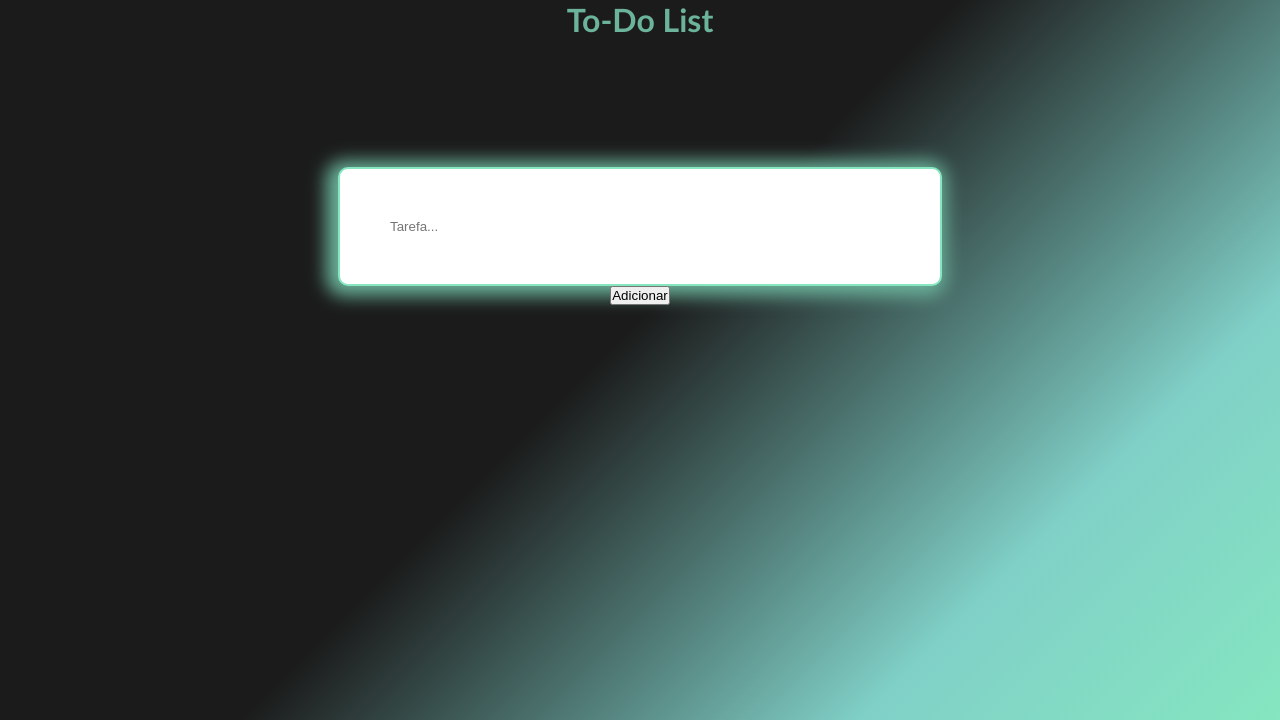
Repository: PetersonAntonyDev/python-flask-
Page: index.html
The author's editor kept a copy of each file at every save. The page is drawn from the files as they stood at one save, then again after the next save.
The browser window is 1280 px wide. The pictures show the whole page.

Above is the page before, as saved 2022-07-26 10:34:24.

### index.html
<!DOCTYPE html>
<html lang="en">
<head>
    <meta charset="UTF-8">
    <meta http-equiv="X-UA-Compatible" content="IE=edge">
    <meta name="viewport" content="width=device-width, initial-scale=1.0">
    <link rel="stylesheet" href="/style.css">
    <title>To-Do LIst</title>
</head>
<body>
    <header>
        <h1>To-Do List</h1>
    </header>
    <main>
        <form action="" method="post">
            <input class="task" type="text" name="task" id="task" placeholder="Tarefa...">
            <button>Adicionar</button>
        </form>
    </main>
</body>
</html>

### style.css
* {
    margin: 0;
    padding: 0;
}

body {
    display: flex;
    align-items: center;
    flex-direction: column;
    width: 100%;
    min-height: 100vh;
    max-height: 100%;
    background-color: #1b1b1b;
    background-image: linear-gradient(135deg, #1b1b1b 48%, #80D0C7 79%, #85e6c0 100%);
}

header {
    margin-bottom: 10%;
    font-family: 'Gill Sans', 'Gill Sans MT', Calibri, 'Trebuchet MS', sans-serif;
    font-size: 1rem;
    color: #6bb39b;
}

form {
    display: flex;
    justify-content: center;
    align-items: center;
    flex-direction: column;
}

.task {
    width: 500px;
    border-radius: 10px;
    border: #85e6c0 2px solid;
    padding: 50px;
    -webkit-box-shadow: -4px 2px 18px 8px rgba(107, 179, 155, 1);
    -moz-box-shadow: -4px 2px 18px 8px rgba(107, 179, 155, 1);
    box-shadow: -4px 2px 18px 8px rgba(107, 179, 155, 1);
}

After the next save:
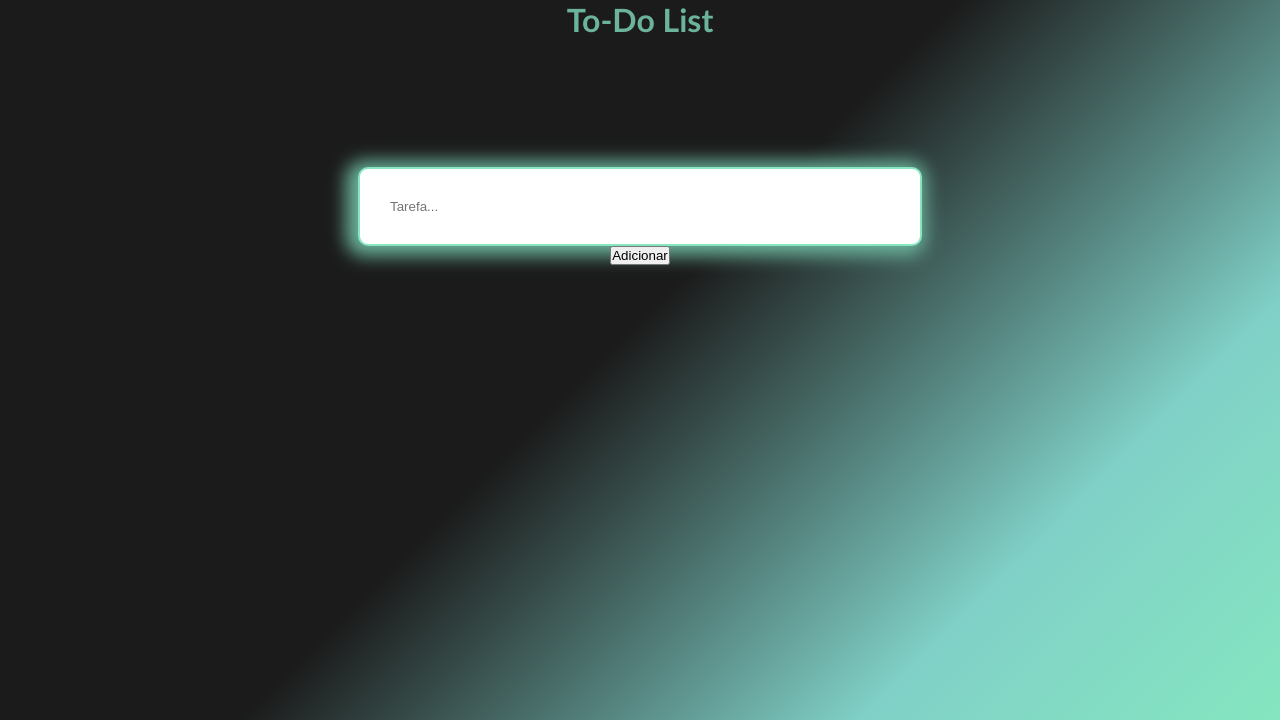
Saved 17 s later.
--- a/style.css
+++ b/style.css
@@ -32,7 +32,7 @@ form {
     width: 500px;
     border-radius: 10px;
     border: #85e6c0 2px solid;
-    padding: 50px;
+    padding: 30px;
     -webkit-box-shadow: -4px 2px 18px 8px rgba(107, 179, 155, 1);
     -moz-box-shadow: -4px 2px 18px 8px rgba(107, 179, 155, 1);
     box-shadow: -4px 2px 18px 8px rgba(107, 179, 155, 1);
